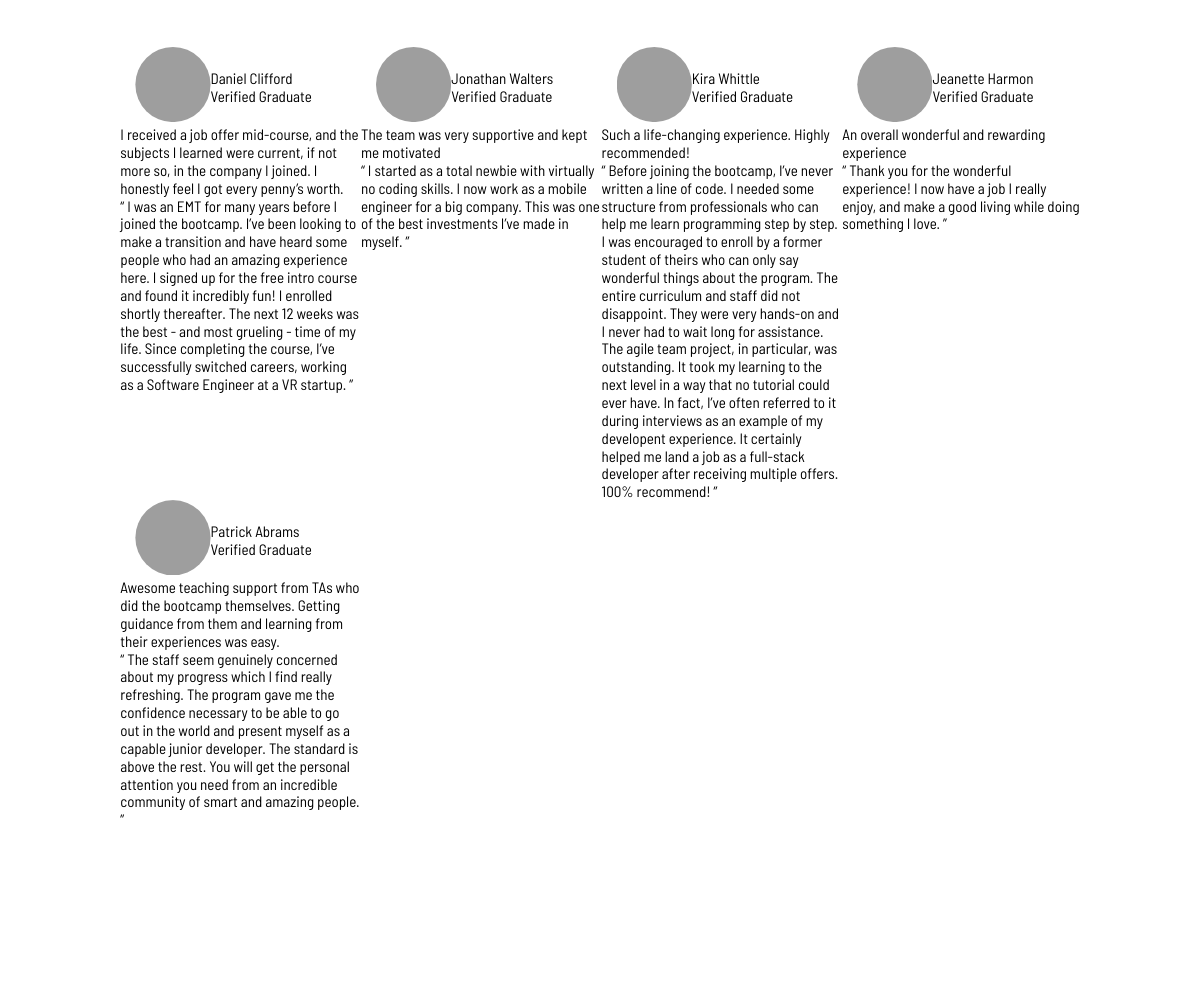
Repository: nptg3105/lab02-testimonials-grid
Page: index.html
The author's editor kept a copy of each file at every save. The page is drawn from the files as they stood at one save, then again after the next save.
The browser window is 1280 px wide. The pictures show the whole page, at 94% of full size.
Pictures or frames that could not be fetched are drawn as grey boxes. The style sheet was rebuilt from its Sass, Less or Tailwind sources for each picture, by a compiler version that may differ from the author's.

Above is the page before, as saved 2021-12-08 05:27:03.

After the next save:
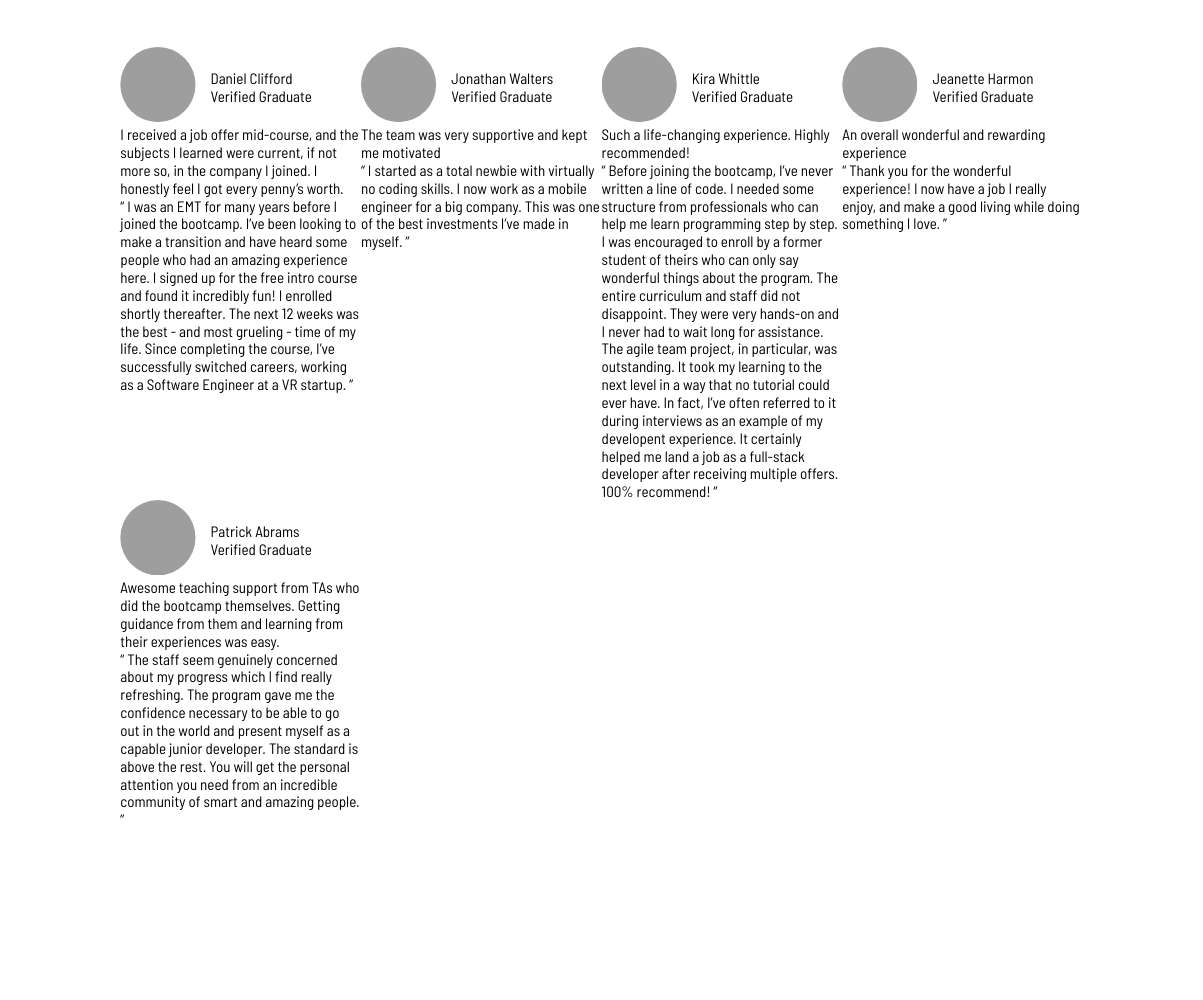
Saved 9 s later.
--- a/style.scss
+++ b/style.scss
@@ -24,7 +24,7 @@ sans-serif;
     align-items: center;
 
     &__avatar {
-        margin-left: 16px;
+        margin-right: 16px;
 
         img {
             object-fit: cover;
